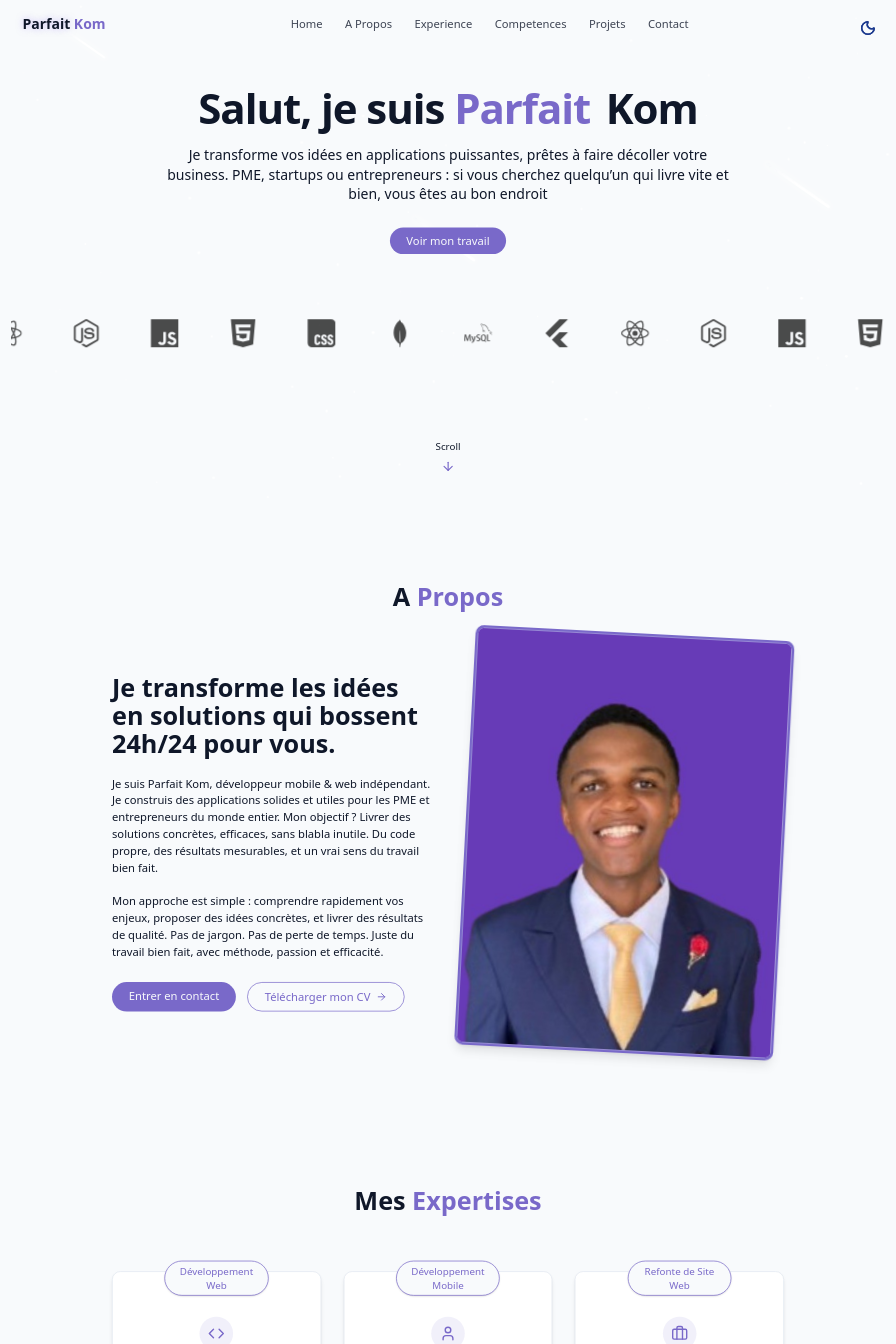
Repository: KOMI18/komi-folio
Page: /
An editor plug-in stored every save of this project. The page is shown before and after a run of saves, followed by the edit.
The browser window is 1280 px wide. The pictures show the part of the page from y = 0 to 1920 px (the page is 5793 px tall), at 70% of full size.
The project was rebuilt for these pictures with package versions that can differ from the ones it lists, and the page was loaded fresh each time. Also part of the build but not shown: vite.config.js, src/pages/NotFound.jsx.

Above is the page before, as saved 2025-06-27 21:54:39.

After the next 3 saves:
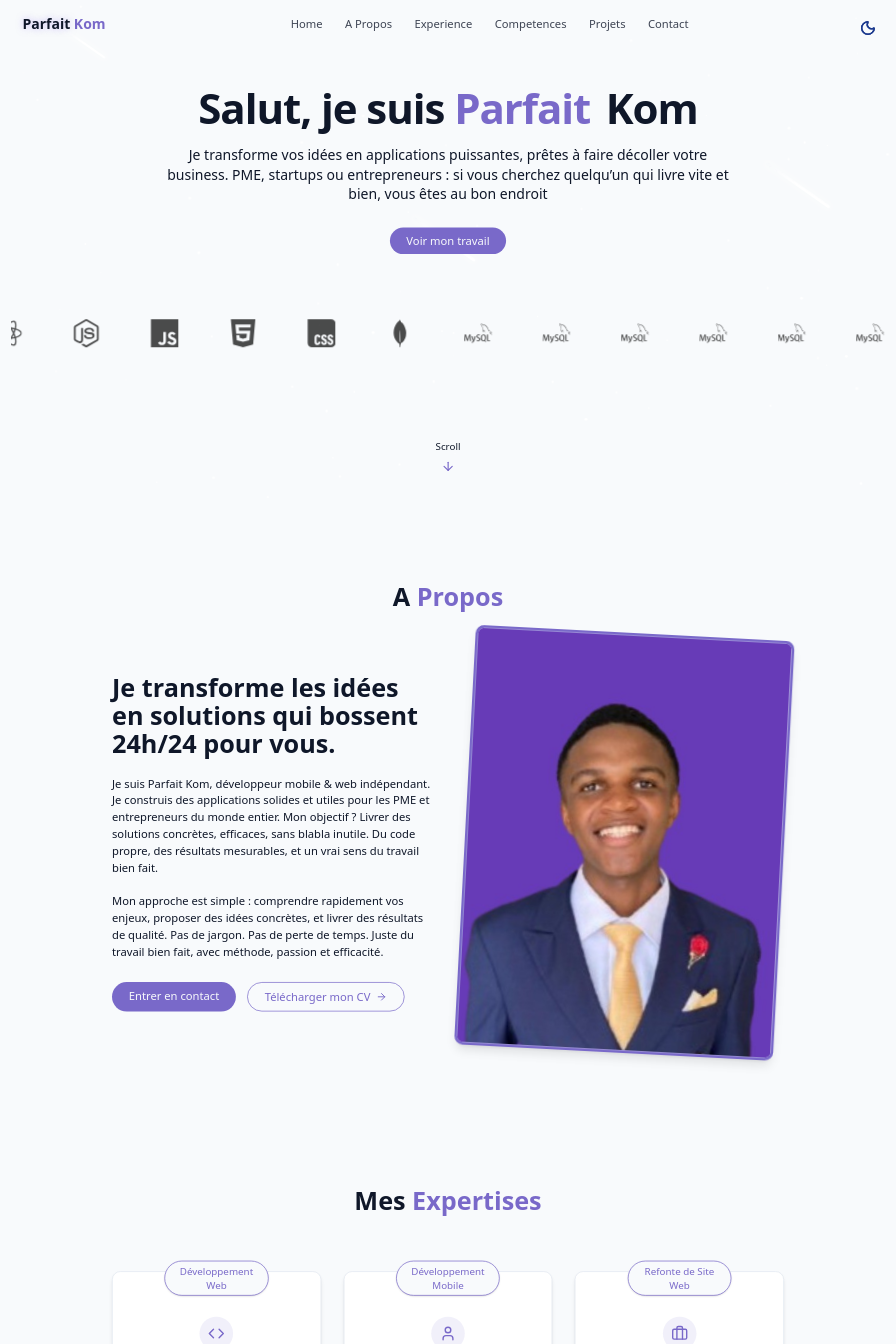
The 3 saves are shown as one change because 1 did not build or start and some came seconds apart.
The last was saved 67 s later.
--- a/src/components/HeroSection.jsx
+++ b/src/components/HeroSection.jsx
@@ -9,7 +9,15 @@ export const HeroSection = () => {
     { src: "/logo/html5.svg", alt: "HTML5" },
     { src: "/logo/css.svg", alt: "CSS3" },
     { src: "/logo/mongodb.svg", alt: "MongoDB" },
+    { src: "/logo/mysql.svg", alt: "MySQL" },
+    { src: "/logo/mysql.svg", alt: "MySQL" },
+    { src: "/logo/mysql.svg", alt: "MySQL" },
+    { src: "/logo/mysql.svg", alt: "MySQL" },
+    { src: "/logo/mysql.svg", alt: "MySQL" },
+    { src: "/logo/mysql.svg", alt: "MySQL" },
+    { src: "/logo/mysql.svg", alt: "MySQL" },
     { src: "/logo/mysql.svg", alt: "MySQL" }
+
   ];
   return (
     <section
